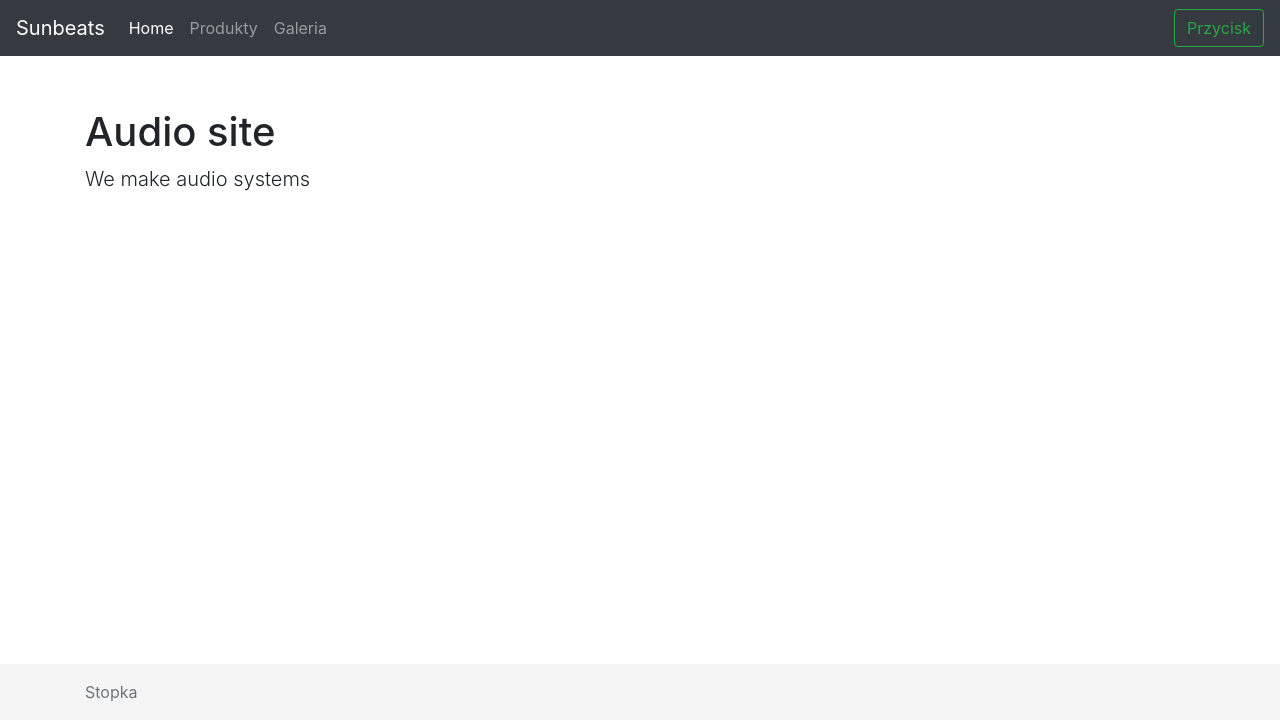
Repository: Audio-site/sunbeats
Page: index.html
These files come from the project's save history. The page is drawn as it stood at one moment and after the next save; the edit follows.
The browser window is 1280 px wide. The pictures show the whole page.

Above is the page before, as saved 2020-08-25 00:20:48.

After the next save:
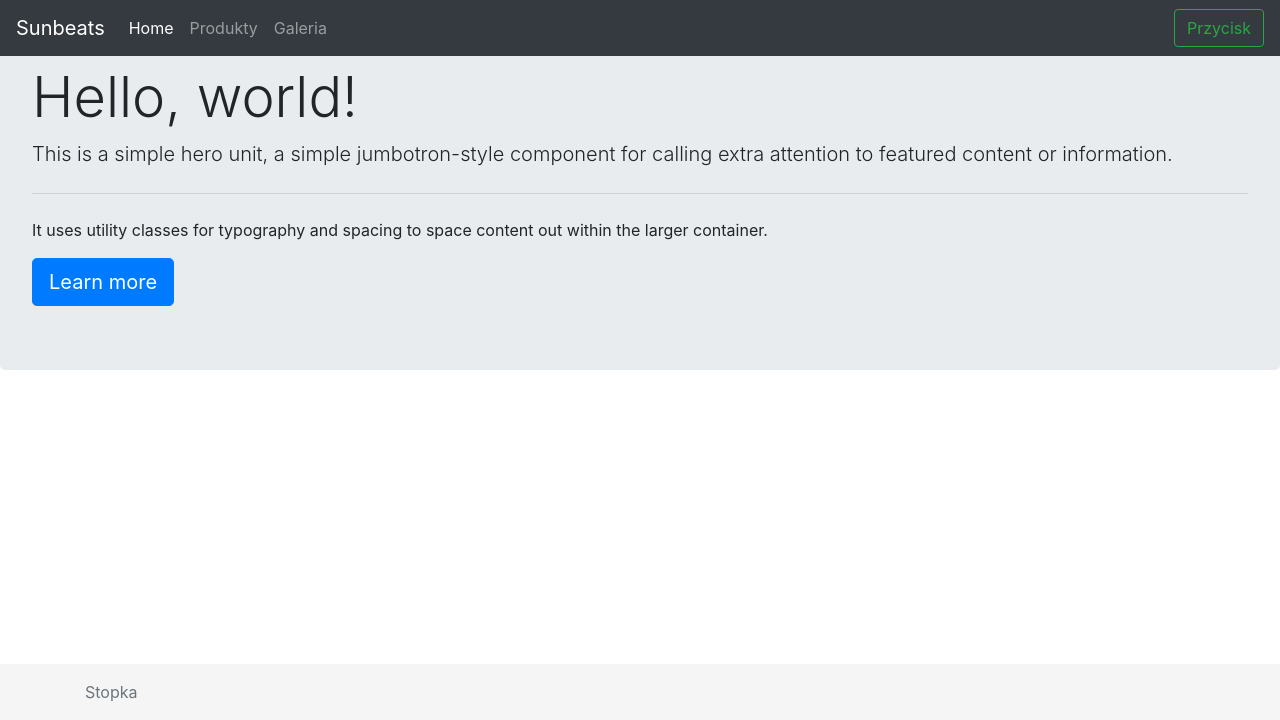
Saved 50 s later.
--- a/index.html
+++ b/index.html
@@ -60,12 +60,13 @@
 
 <!-- Begin page content -->
 
-<main role="main" class="flex-shrink-0">
-  <div class="container">
-    <h1 class="mt-5">Audio site</h1>
-    <p class="lead">We make audio systems</p>
-  </div>
-</main>
+<div class="jumbotron">
+  <h1 class="display-4">Hello, world!</h1>
+  <p class="lead">This is a simple hero unit, a simple jumbotron-style component for calling extra attention to featured content or information.</p>
+  <hr class="my-4">
+  <p>It uses utility classes for typography and spacing to space content out within the larger container.</p>
+  <a class="btn btn-primary btn-lg" href="#" role="button">Learn more</a>
+</div>
 
 <footer class="footer mt-auto py-3">
   <div class="container">
